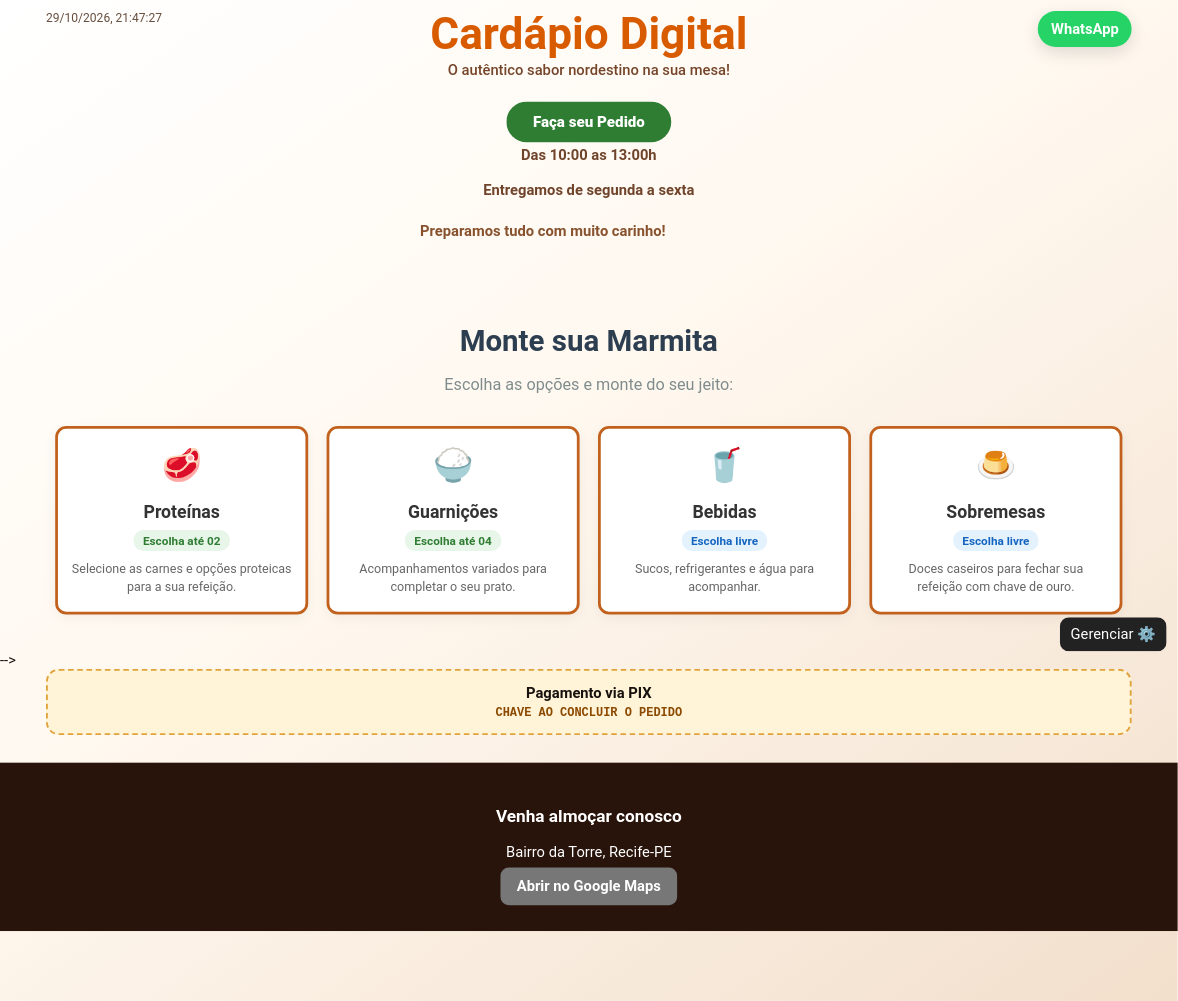
Repository: JeffRodFer/sd-copy-01-frontend
Page: index.html
These files come from the project's save history. The page is drawn as it stood at one moment and after the next save; the edit follows.
The browser window is 1280 px wide. The pictures show the whole page, at 92% of full size.
The page's requests for data from a server got no answer.

Above is the page before, as saved 2026-10-31 11:42:04.

### index.html
<!DOCTYPE html>
<html lang="pt-BR">

<head>
  <meta charset="UTF-8">
  <meta name="viewport" content="width=device-width, initial-scale=1.0">
  <title>Cardápio Digital</title>
  <link rel="stylesheet" href="style.css">
</head>

<body>


  <header class="container">

    <div class="topbar">

      <div id="datetime" class="datetime"></div>


      <div class="brand">

        <h1>
          Cardápio Digital
        </h1>

        <p>
          O autêntico sabor nordestino na sua mesa!
        </p>

      </div>


      <a id="wa-float-link" class="wa-float" href="https://wa.me/5581920036280" target="_blank" rel="noopener">
        WhatsApp
      </a>

    </div>


    <button class="cta" id="openOrder">
      Faça seu Pedido
    </button>


    <div class="notice">
      Das 10:00 as 13:00h <br><br>
      Entregamos de segunda a sexta
    </div>

  </header>


  <main class="container" id="menu"></main>


  <div class="container note">
    Preparamos tudo com muito carinho!
  </div>
<!-- -->
  <section class="menu-categories-section">
    <h2>Monte sua Marmita</h2>
    <p class="subtitle">Escolha as opções e monte do seu jeito:</p>

    <div class="categories-grid">
      <!-- Card Proteínas -->
      <div class="category-card">
        <div class="category-icon">🥩</div>
        <h3>Proteínas</h3>
        <span class="badge-limit">Escolha até 02</span>
        <p>Selecione as carnes e opções proteicas para a sua refeição.</p>
      </div>

      <!-- Card Guarnições -->
      <div class="category-card">
        <div class="category-icon">🍚</div>
        <h3>Guarnições</h3>
        <span class="badge-limit">Escolha até 04</span>
        <p>Acompanhamentos variados para completar o seu prato.</p>
      </div>

      <!-- Card Bebidas -->
      <div class="category-card">
        <div class="category-icon">🥤</div>
        <h3>Bebidas</h3>
        <span class="badge-limit livre">Escolha livre</span>
        <p>Sucos, refrigerantes e água para acompanhar.</p>
      </div>

      <!-- Card Sobremesas -->
      <div class="category-card">
        <div class="category-icon">🍮</div>
        <h3>Sobremesas</h3>
        <span class="badge-limit livre">Escolha livre</span>
        <p>Doces caseiros para fechar sua refeição com chave de ouro.</p>
      </div>
    </div>
  </section> -->


  <div class="container pix">

    <strong>
      Pagamento via PIX
    </strong>

    <br>


    <code>
    CHAVE AO CONCLUIR O PEDIDO
  </code>

  </div>


  <footer class="footer">

    <div class="container">

      <h3>
        Venha almoçar conosco
      </h3>

      <div>
        Bairro da Torre, Recife-PE
      </div>


      <a class="maps" href="https://maps.google.com/?q=Rua+Vermelha+02+Torre" target="_blank" rel="noopener">
        Abrir no Google Maps
      </a>


    </div>

  </footer>


  <button class="manage" id="openAdmin">
    Gerenciar ⚙️
  </button>
  <br>
  <br>
  <br>
  <br>

  <!-- =====================================================
     MODAL DO PEDIDO
     ===================================================== -->

  <div class="overlay hidden" id="orderOverlay">

    <div class="modal">


      <!-- PASSO 1 -->

      <div id="orderStep1" class="step active">

        <h2>
          Faça seu Pedido
        </h2>


        <div id="orderError1" class="error hidden"></div>


        <div class="form-grid">


          <div class="field">

            <label>
              Nome Completo
            </label>

            <input id="customerName" autocomplete="name">

          </div>


          <div class="field">

            <label>
              Telefone
            </label>

            <input id="customerPhone" inputmode="tel" autocomplete="tel" maxlength="15" placeholder="(81) 99999-8888">

          </div>


          <div class="field full">

            <label>
              Endereço de Entrega
            </label>

            <input id="customerAddress" autocomplete="street-address">

          </div>


          <div class="field">

            <label>
              Quantidade de Marmitas
            </label>

            <input id="mealCount" type="number" min="1" max="20" value="1">

          </div>


        </div>


        <div class="delivery">

          <label>

            <input type="radio" name="delivery" value="true" checked>

            Entrega em casa - R$ 5,00

          </label>


          <label>

            <input type="radio" name="delivery" value="false">

            Retirar no Restaurante - R$ 0,00

          </label>

        </div>


        <div class="actions">

          <button class="btn gray" id="closeOrder1">
            Cancelar
          </button>


          <button class="btn green" id="toStep2">
            Continuar
          </button>

        </div>

      </div>


      <!-- PASSO 2 -->

      <div id="orderStep2" class="step">

        <h2>
          Monte suas Marmitas
        </h2>


        <div id="orderError2" class="error hidden"></div>


        <div id="marmitas"></div>


        <div class="actions">

          <button type="button" class="btn gray" id="backStep1">
            Voltar
          </button>


          <button type="button" class="btn green" id="toStep3" onclick="clicarEncerrarPedido(event)">
            Encerrar e seguir
          </button>

        </div>

      </div>


      <!-- PASSO 3 -->
      <div id="orderStep3" class="step">

        <h2>Resumo do Pedido</h2>

        <div id="orderSummary" class="order-text"></div>

        <div id="finalTotal" class="total"></div>

        <div class="actions">
          <button class="btn red" id="cancelFinal">
            Voltar
          </button>

          <button class="btn green" id="sendRestaurant">
            Enviar Pedido ao Restaurante
          </button>
        </div>

      </div>

    </div>

  </div>


  <!-- =====================================================
     MODAL ADMINISTRATIVO
     ===================================================== -->

  <div class="overlay hidden" id="adminOverlay">

    <div class="admin-modal">

      <h2>
        Gerenciar Cardápio
      </h2>


      <div id="adminError" class="error hidden"></div>


      <!-- LOGIN -->

      <div id="adminLogin">

        <div class="field">

          <label>
            Usuário
          </label>

          <input id="adminUser" autocomplete="username" value="admin">

        </div>


        <div class="field" style="margin-top:10px">

          <label>
            Senha
          </label>

          <input id="adminPassword" type="password" autocomplete="current-password">

        </div>


        <div class="actions">

          <button class="btn gray" id="closeAdminLogin">
            Fechar
          </button>


          <button class="btn green" id="adminLoginBtn">
            Entrar
          </button>

        </div>

      </div>


      <!-- PAINEL -->

      <div id="adminPanel" class="hidden">

        <div id="adminItems" class="admin-grid"></div>


        <div class="actions">

          <button class="btn gray" id="adminClose">
            Fechar
          </button>


          <button class="btn green" id="adminSave">
            Salvar alterações
          </button>

        </div>

      </div>

    </div>

  </div>


  <script src="script.js"></script>
</body>

</html>

### style.css
:root {
      --orange: #f57c00;
      --brown: #6d3414;
      --green: #2e7d32;
      --red: #d32f2f;
      --blue: #1976d2;
      --purple: #7b1fa2;
      --cream: #fffaf5;
      --line: #eadfd6;
      --muted: #666;
    }

    * {
      box-sizing: border-box;
    }

    html {
      scroll-behavior: smooth;
    }

    body {
      margin: 0;
      background:
        linear-gradient(145deg,
          #fff 0%,
          #fff8ef 45%,
          #f2dfcc 100%);
      color: #17120e;
      font-family: Roboto, Arial, sans-serif;
      min-height: 100vh;
    }

    button,
    input,
    textarea {
      font: inherit;
    }

    button {
      cursor: pointer;
      border: 0;
    }

    .container {
      width: min(1180px, 94%);
      margin: auto;
    }


    /* HEADER */

    .topbar {
      display: grid;
      grid-template-columns: 1fr auto 1fr;
      align-items: start;
      padding: 12px 0;
      gap: 10px;
    }

    .datetime {
      font-size: .82rem;
      color: #674e3d;
    }

    .brand {
      text-align: center;
    }

    .brand h1 {
      margin: 0;
      color: #d85b00;
      font-size: clamp(1.8rem, 5vw, 3rem);
      line-height: 1.05;
    }

    .brand p {
      margin: 5px 0;
      color: #75452a;
      font-weight: 500;
    }

    .wa-float {
      justify-self: end;
      background: #25d366;
      color: #fff;
      padding: 10px 14px;
      border-radius: 999px;
      text-decoration: none;
      font-weight: 700;
      box-shadow: 0 6px 18px #0002;
    }

    .cta {
      display: block;
      margin: 8px auto 5px;
      background: var(--green);
      color: #fff;
      border-radius: 999px;
      padding: 12px 28px;
      font-weight: 800;
      font-size: 1rem;
      animation: pulse 2s infinite;
    }

    .notice {
      text-align: center;
      color: #70442b;
      font-weight: 700;
      margin-bottom: 18px;
    }

    @keyframes pulse {

      0%,
      100% {
        transform: scale(1);
      }

      50% {
        transform: scale(1.03);
      }
    }


    /* CARDÁPIO */

    .section {
      margin: 20px 0;
    }

    .section h2 {
      margin: 0 0 12px;
      color: var(--brown);
    }

    .grid {
      display: grid;
      grid-template-columns:
        repeat(auto-fit,
          minmax(180px, 1fr));
      gap: 10px;
    }

    .card {
      background: #fff;
      border: 1px solid var(--line);
      border-radius: 14px;
      padding: 14px;
      box-shadow:
        0 3px 12px #5a2a0d12;
    }

    .card strong {
      display: block;
    }

    .unavailable {
      opacity: .52;
    }

    .badge {
      display: inline-block;
      margin-top: 7px;
      font-size: .78rem;
      background: #eee;
      padding: 4px 8px;
      border-radius: 999px;
    }

    .accent-guarnicoes {
      border-top: 5px solid #8b5a2b;
    }

    .accent-proteinas {
      border-top: 5px solid #d32f2f;
    }

    .accent-bebidas {
      border-top: 5px solid #1976d2;
    }

    .accent-sobremesas {
      border-top: 5px solid #7b1fa2;
    }

    .note {
      text-align: center;
      font-weight: 700;
      color: #87522d;
      margin: 25px 0;
    }

    .pix {
      background: #fff3d8;
      border: 2px dashed #e0a33b;
      border-radius: 14px;
      padding: 15px;
      text-align: center;
    }

    .pix code {
      font-weight: 800;
      color: #8b4a00;
      word-break: break-all;
    }


    /* FOOTER */

    .footer {
      margin-top: 30px;
      background: #29140b;
      color: #fff;
      padding: 28px 0;
      text-align: center;
    }

    .maps {
      display: inline-block;
      background: #777;
      color: #fff;
      padding: 11px 18px;
      border-radius: 9px;
      text-decoration: none;
      font-weight: 700;
      margin-top: 8px;
    }

    .manage {
      position: fixed;
      right: 12px;
      bottom: 12px;
      background: #222;
      color: #fff;
      padding: 9px 12px;
      border-radius: 10px;
      z-index: 20;
    }


    /* MODAIS */

    .overlay {
      position: fixed;
      inset: 0;
      background: #0009;
      display: flex;
      align-items: center;
      justify-content: center;
      padding: 12px;
      z-index: 100;
    }

    .hidden {
      display: none !important;
    }

    .modal {
      background: #fff;
      width: min(1050px, 100%);
      max-height: 94vh;
      overflow: auto;
      border-radius: 18px;
      box-shadow: 0 20px 70px #0007;
      padding: 22px;
    }

    .modal h2 {
      color: var(--brown);
      margin: 0 0 18px;
    }

    .step {
      display: none;
    }

    /* =====================================================
ESTILOS DA SEÇÃO DE CATEGORIAS (PÁGINA PRINCIPAL)
===================================================== */
.menu-categories-section {
  padding: 40px 20px;
  text-align: center;
  max-width: 1200px;
  margin: 0 auto;
}

.menu-categories-section h2 {
  font-size: 2rem;
  color: #2c3e50;
  margin-bottom: 8px;
  font-weight: 700;
}

.menu-categories-section .subtitle {
  color: #7f8c8d;
  margin-bottom: 35px;
  font-size: 1.1rem;
}

.categories-grid {
  display: grid;
  grid-template-columns: repeat(auto-fit, minmax(250px, 1fr));
  gap: 20px;
  justify-content: center;
}

.category-card {
  background: #ffffff;
  border-radius: 12px;
  padding: 18px 15px;
  box-shadow: 0 4px 15px rgba(0, 0, 0, 0.05);
  transition: transform 0.3s ease, box-shadow 0.3s ease;
  border: 3px solid #c1611d;
  text-align: center;
}

.category-card:hover {
  transform: translateY(-5px);
  box-shadow: 0 8px 25px rgba(233, 83, 46, 0.1);
  border-color: 2px #d85b00;
}

.category-icon {
  font-size: 2.2rem;
  margin-bottom: 8px;
}

.category-card h3 {
  font-size: 1.2rem;
  color: #333333;
  margin-bottom: 8px;
}

.badge-limit {
  display: inline-block;
  background-color: #e8f5e9;
  color: #2e7d32;
  font-weight: 600;
  font-size: 0.8rem;
  padding: 4px 10px;
  border-radius: 20px;
  margin-bottom: 10px;
}

.badge-limit.livre {
  background-color: #e3f2fd;
  color: #1565c0;
}

.category-card p {
  color: #666666;
  font-size: 0.85rem;
  line-height: 1.4;
  margin: 0;
  border-radius: 2px #8b4a00;
}

    .step.active {
      display: block;
    }


    /* FORMULÁRIO */

    .form-grid {
      display: grid;
      grid-template-columns: 1fr;
      gap: 12px;
    }

    .field label {
      display: block;
      font-weight: 700;
      margin-bottom: 5px;
    }

    .field input,
    .field textarea,
    .field select {
      width: 100%;
      padding: 11px;
      border: 1px solid #cfcfcf;
      border-radius: 10px;
      background: #fff;
    }

    .field textarea {
      min-height: 75px;
      resize: vertical;
    }

    .delivery {
      display: grid;
      gap: 9px;
      margin: 12px 0;
    }

    .delivery label {
      border: 1px solid #ddd;
      border-radius: 10px;
      padding: 12px;
    }


    /* MARMITAS */

    .marmita {
      border: 1px solid #ddd;
      border-radius: 15px;
      padding: 14px;
      margin: 14px 0;
      background: #fff;
    }

    .marmita h3 {
      margin: 0 0 12px;
      color: #7b401f;
    }

    .choice-group {
      margin: 13px 0;
    }

    .choice-group h4 {
      margin: 0 0 8px;
    }

    .choices {
      display: grid;
      grid-template-columns:
        repeat(auto-fit,
          minmax(190px, 1fr));
      gap: 8px;
    }

    .check {
      border: 1px solid #ddd;
      border-radius: 10px;
      padding: 9px;
      background: #fafafa;
    }

    .check input {
      margin-right: 6px;
    }

    .limit {
      font-size: .8rem;
      color: var(--muted);
      margin: 5px 0;
    }


    /*
  IMPORTANTE:
  A linha de quantidade agora é uma GRID
  com nome + preço + menos + quantidade + mais.
  Assim o + nunca cai para a linha de baixo.
*/

    .qty-list {
      display: grid;
      gap: 7px;
    }

    .qty-row {
      display: grid;

      grid-template-columns:
        minmax(0, 1fr) auto auto auto auto;

      align-items: center;

      gap: 8px;

      border: 1px solid #eee;
      border-radius: 11px;
      padding: 8px;

      background: #faf8f6;
    }

    .qty-name {
      min-width: 0;
      font-weight: 700;
      overflow-wrap: anywhere;
    }

    .qty-price {
      font-size: .9rem;
      color: #555;
      white-space: nowrap;
    }

    .qty-btn {
      width: 36px;
      height: 36px;
      border-radius: 9px;
      background: #eee;
      font-weight: 900;
      font-size: 1.1rem;
    }

    .qty-value {
      min-width: 22px;
      text-align: center;
      font-weight: 800;
    }


    /* BOTÕES */

    .actions {
      display: flex;
      gap: 10px;
      justify-content: flex-end;
      flex-wrap: wrap;
      margin-top: 18px;
    }

    .btn {
      padding: 12px 18px;
      border-radius: 10px;
      font-weight: 800;
    }

    .btn.green {
      background: #2e7d32;
      color: #fff;
    }

    .btn.red {
      background: #e57373;
      color: #fff;
    }

    .btn.gray {
      background: #eee;
    }

    .total {
      font-size: 1.2rem;
      text-align: right;
      color: #18752b;
      font-weight: 900;
      margin-top: 14px;
    }

    .error {
      background: #ffe5e5;
      color: #9b1c1c;
      padding: 10px;
      border-radius: 9px;
      margin: 10px 0;
    }

    .order-text {
      background: #f5f5f5;
      padding: 14px;
      border-radius: 12px;
      white-space: pre-wrap;
      font-family: monospace;
      line-height: 1.45;
    }


    /* ADMIN */

    .admin-modal {
      background: #f5f5f5;
      width: min(1100px, 100%);
      max-height: 92vh;
      overflow: auto;
      border-radius: 18px;
      padding: 20px;
    }

    .admin-grid {
      display: grid;
      grid-template-columns: 1fr;
      gap: 16px;
    }

    .admin-section {
      background: #fff;
      padding: 14px;
      border-radius: 14px;
    }

    .admin-item {
      display: flex;
      align-items: center;
      justify-content: space-between;
      gap: 10px;
      padding: 9px 0;
      border-bottom: 1px solid #eee;
    }

    .admin-item:last-child {
      border-bottom: 0;
    }

    .switch {
      position: relative;
      width: 50px;
      height: 28px;
      flex: 0 0 auto;
    }

    .switch input {
      display: none;
    }

    .slider {
      position: absolute;
      inset: 0;
      background: #bbb;
      border-radius: 30px;
    }

    .slider:before {
      content: "";
      position: absolute;
      width: 22px;
      height: 22px;
      left: 3px;
      top: 3px;
      background: #fff;
      border-radius: 50%;
      transition: .2s;
    }

    .switch input:checked+.slider {
      background: #2e7d32;
    }

    .switch input:checked+.slider:before {
      transform: translateX(22px);
    }


    /* RESPONSIVO */

    @media(min-width:700px) {

      .form-grid {
        grid-template-columns:
          1fr 1fr;
      }

      .form-grid .full {
        grid-column: 1/-1;
      }

      .admin-grid {
        grid-template-columns:
          1fr 1fr;
      }

    }


    @media(max-width:600px) {

      .topbar {
        grid-template-columns:
          1fr auto;
      }

      .brand {
        grid-column: 1/-1;
        grid-row: 1;
      }

      .datetime {
        grid-column: 1;
      }

      .wa-float {
        grid-column: 2;
      }

      /*
    Mantém TODOS os controles da bebida
    na mesma linha.
  */

      .qty-row {
        grid-template-columns:
          minmax(0, 1fr) auto auto auto auto;
      }

      .qty-price {
        font-size: .8rem;
      }

      .modal {
        padding: 15px;
      }

      .actions .btn {
        flex: 1 1 100%;
      }

    }

Loaded but not shown: script.js (1562 lines, source omitted)

After the next save:
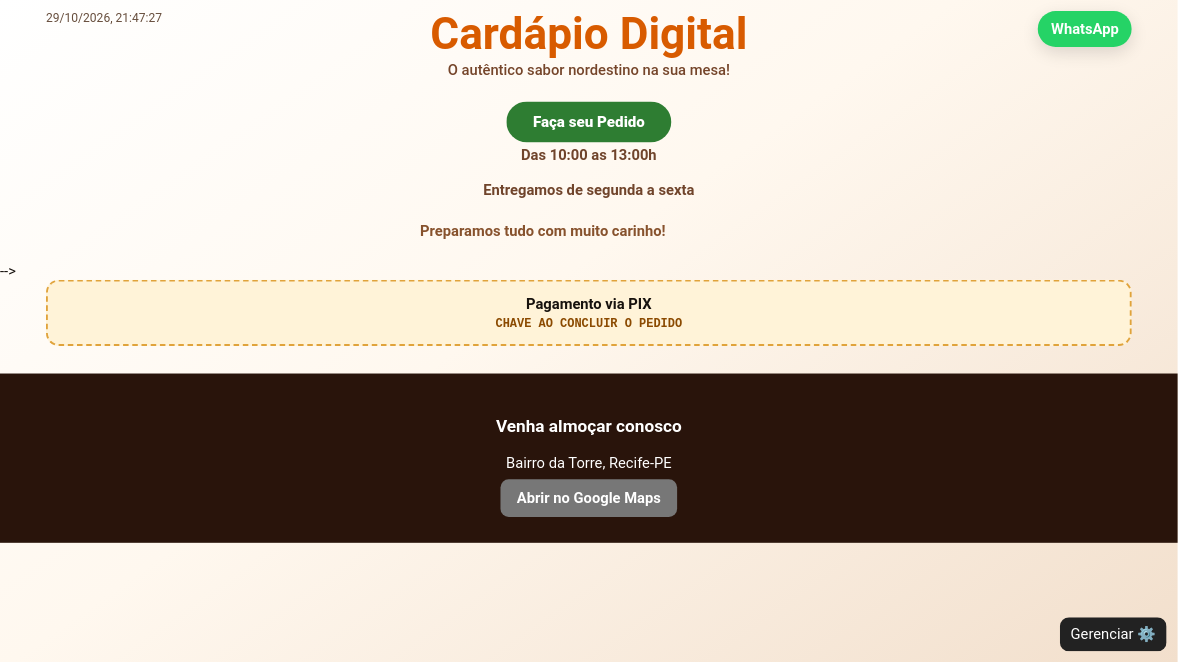
Saved 12 s later.
--- a/index.html
+++ b/index.html
@@ -58,44 +58,7 @@
     Preparamos tudo com muito carinho!
   </div>
 <!-- -->
-  <section class="menu-categories-section">
-    <h2>Monte sua Marmita</h2>
-    <p class="subtitle">Escolha as opções e monte do seu jeito:</p>
-
-    <div class="categories-grid">
-      <!-- Card Proteínas -->
-      <div class="category-card">
-        <div class="category-icon">🥩</div>
-        <h3>Proteínas</h3>
-        <span class="badge-limit">Escolha até 02</span>
-        <p>Selecione as carnes e opções proteicas para a sua refeição.</p>
-      </div>
-
-      <!-- Card Guarnições -->
-      <div class="category-card">
-        <div class="category-icon">🍚</div>
-        <h3>Guarnições</h3>
-        <span class="badge-limit">Escolha até 04</span>
-        <p>Acompanhamentos variados para completar o seu prato.</p>
-      </div>
-
-      <!-- Card Bebidas -->
-      <div class="category-card">
-        <div class="category-icon">🥤</div>
-        <h3>Bebidas</h3>
-        <span class="badge-limit livre">Escolha livre</span>
-        <p>Sucos, refrigerantes e água para acompanhar.</p>
-      </div>
-
-      <!-- Card Sobremesas -->
-      <div class="category-card">
-        <div class="category-icon">🍮</div>
-        <h3>Sobremesas</h3>
-        <span class="badge-limit livre">Escolha livre</span>
-        <p>Doces caseiros para fechar sua refeição com chave de ouro.</p>
-      </div>
-    </div>
-  </section> -->
+   -->
 
 
   <div class="container pix">
